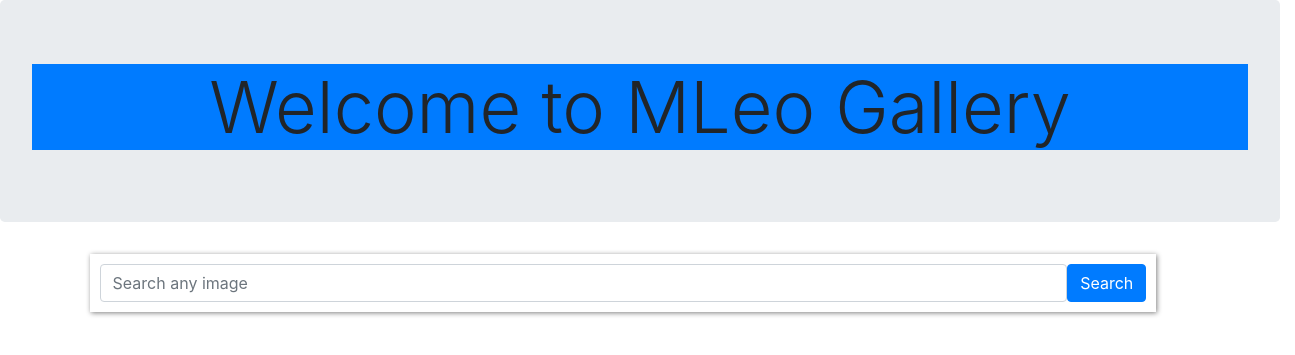
Repository: the-manohar/gallery
Page: /
An editor plug-in stored every save of this project. The page is shown before and after the next save, followed by the edit.
The browser window is 1280 px wide. The page is 1295 px wide, so the pictures cover 1295 px, including what lies to the right of the window. The pictures show the whole page.
The project was rebuilt for these pictures with package versions that can differ from the ones it lists, and the page was loaded fresh each time.

Above is the page before, as saved 2020-06-18 23:37:57.

### src/index.js
import React from "react";
import ReactDOM from "react-dom";
import "./index.css";
import "bootstrap/dist/css/bootstrap.css";
import App from "./App";
import * as serviceWorker from "./serviceWorker";

ReactDOM.render(
  <React.StrictMode>
    <App />
  </React.StrictMode>,
  document.getElementById("root")
);

// If you want your app to work offline and load faster, you can change
// unregister() to register() below. Note this comes with some pitfalls.
// Learn more about service workers: https://bit.ly/CRA-PWA
serviceWorker.unregister();

### src/App.js
import React, { useState } from "react";
import { Button, InputGroup, Input, Jumbotron, Spinner } from "reactstrap";

import "./App.css";

function App() {
  const [value, setValue] = useState("");
  const [result, setResult] = useState([]);
  const fetchImages = () => {
    fetch(
      `https://api.unsplash.com/search/photos/?client_id=V38aA4zOjg1Xb1lBpNRUAK8duXvqwhDHHJbssXB_Pps&query=${value}&orientation=squarish&per_page=18`
    )
      .then((res) => res.json())
      .then((data) => {
        setResult(data.results);
      });
  };
  return (
    <div className="row">
      <div className="App col-sm-5 col-md-12 col-xs-8">
        <Jumbotron>
          <h1 className="display-3 bg-primary">Welcome to MLeo Gallery</h1>
        </Jumbotron>
        <div className="mydiv col-sm-4 col-md-10 col-xs-4">
          <InputGroup>
            <Input
              placeholder="Search any image"
              value={value}
              onChange={(event) => setValue(event.target.value)}
            />
          </InputGroup>
          <Button color="primary" onClick={() => fetchImages()}>
            Search
          </Button>
        </div>

        {
          result.length > 0 ? (
            <div className="col-sm-12">
              {result.map((item) => {
                return (
                  <img
                    className=" img-thumbnail"
                    key={item.id}
                    src={item.urls.small}
                    alt={item.urls.small}
                  />
                );
              })}
            </div>
          ) : null
          // <Spinner style={{ width: "3rem", height: "3rem" }} />
        }
      </div>
    </div>
  );
}

export default App;

//

### src/App.css
.App {
  text-align: center;
}
.mydiv {
  display: flex;
  justify-content: space-around;
  margin: 10px 7%;
  box-shadow: 1px 1px 5px grey;
  padding: 10px;
}

.gallery {
  display: flex;
  flex-wrap: wrap;
  justify-content: space-around;
}
.item {
  width: 30%;
  margin: 5px;
}

Loaded but not shown: public/index.html (common file); src/index.css (common file); src/serviceWorker.js (common file)

After the next save:
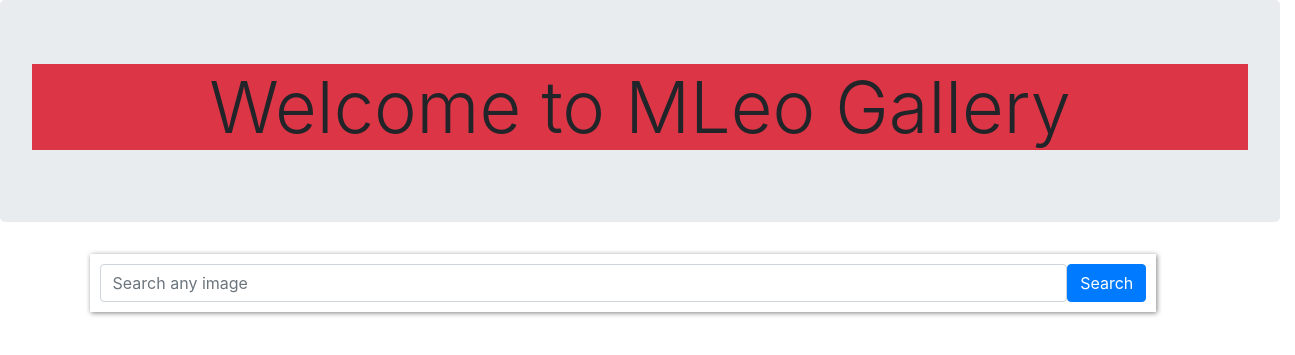
Saved 10 s later.
--- a/src/App.js
+++ b/src/App.js
@@ -19,7 +19,7 @@ function App() {
     <div className="row">
       <div className="App col-sm-5 col-md-12 col-xs-8">
         <Jumbotron>
-          <h1 className="display-3 bg-primary">Welcome to MLeo Gallery</h1>
+          <h1 className="display-3 bg-danger">Welcome to MLeo Gallery</h1>
         </Jumbotron>
         <div className="mydiv col-sm-4 col-md-10 col-xs-4">
           <InputGroup>
